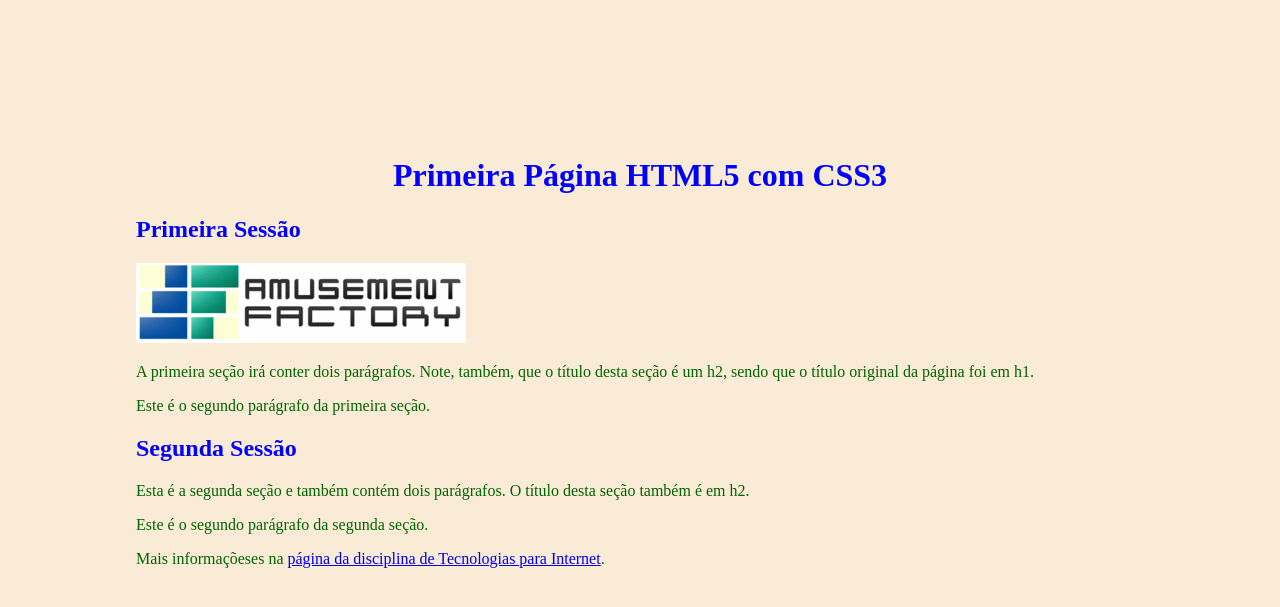
Repository: joao-laercio/DevWeb_BackEnd
Page: Aula_data_08/index2.html
An editor plug-in stored every save of this project. The page is shown before and after the next save, followed by the edit.
The browser window is 1280 px wide. The pictures show the whole page.

Above is the page before, as saved 2022-07-08 16:26:39.

After the next save:
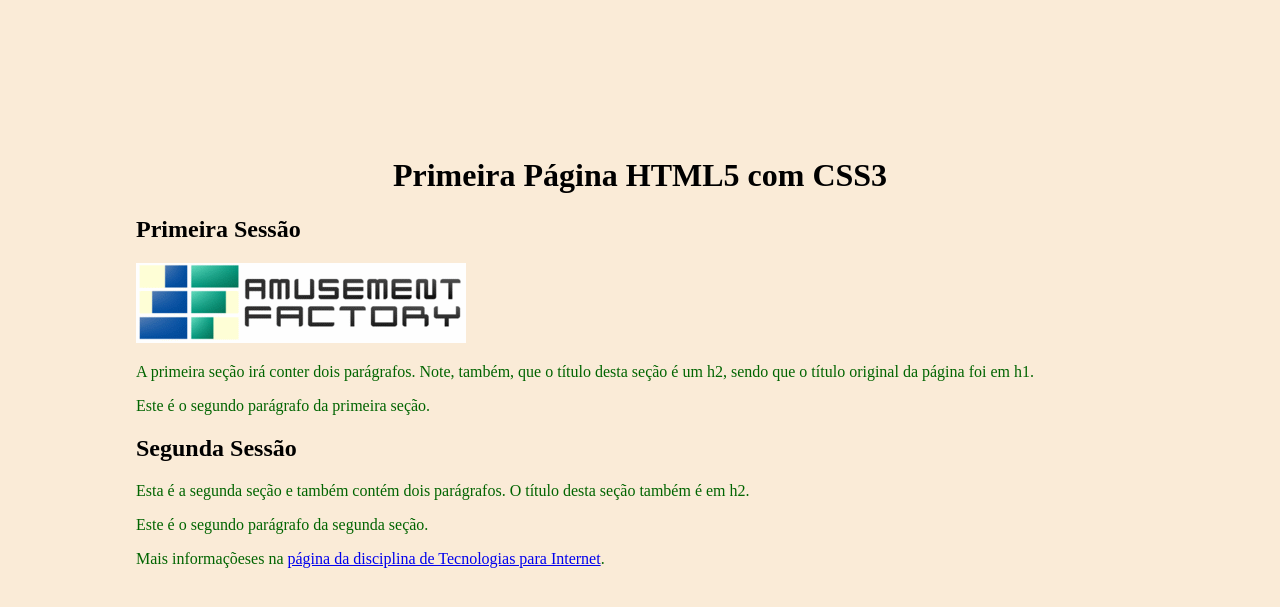
Saved 18 s later.
--- a/Aula_data_08/estilo.css
+++ b/Aula_data_08/estilo.css
@@ -1,5 +1,5 @@
 h1, h2 {
-    color: blue;
+    color: anti
 }
 body {
     background-color: antiquewhite;
